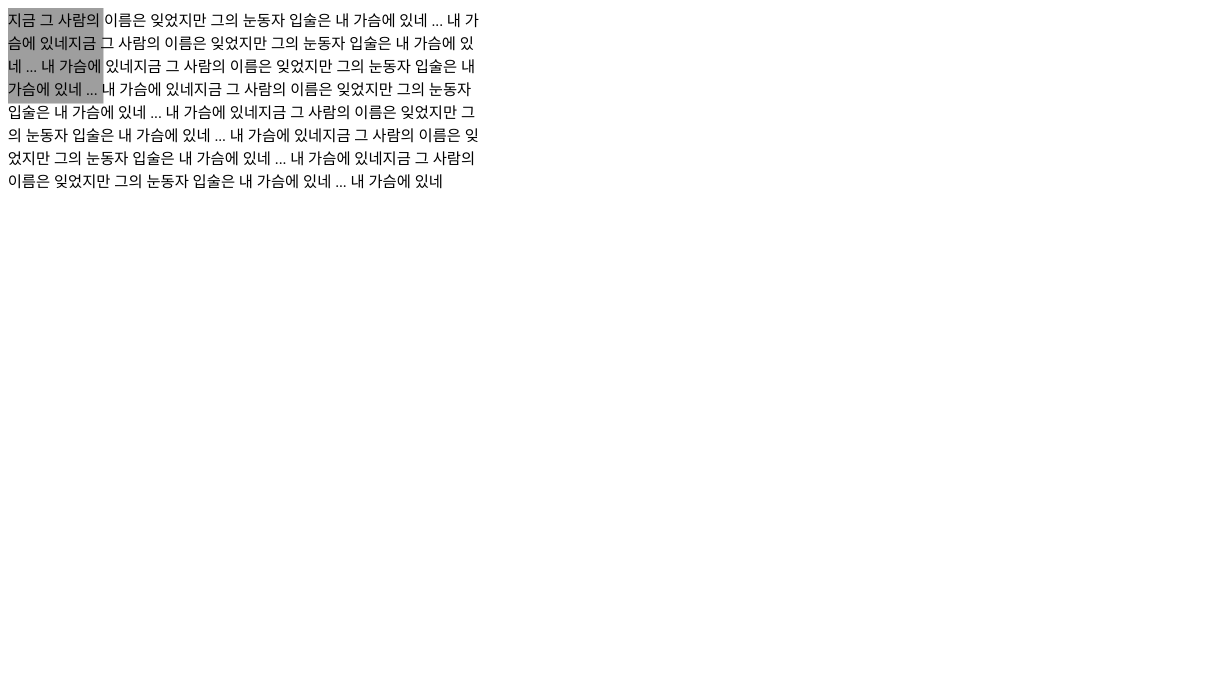
Repository: daehyeonhong/HTML
Page: ch05/WebContent/back-image-size.html
An editor plug-in stored every save of this project. The page is shown before and after the next save, followed by the edit.
The browser window is 1280 px wide. The pictures show the whole page, at 96% of full size.
Pictures or frames that could not be fetched are drawn as grey boxes.

Above is the page before, as saved 2020-05-19 07:53:00.

After the next save:
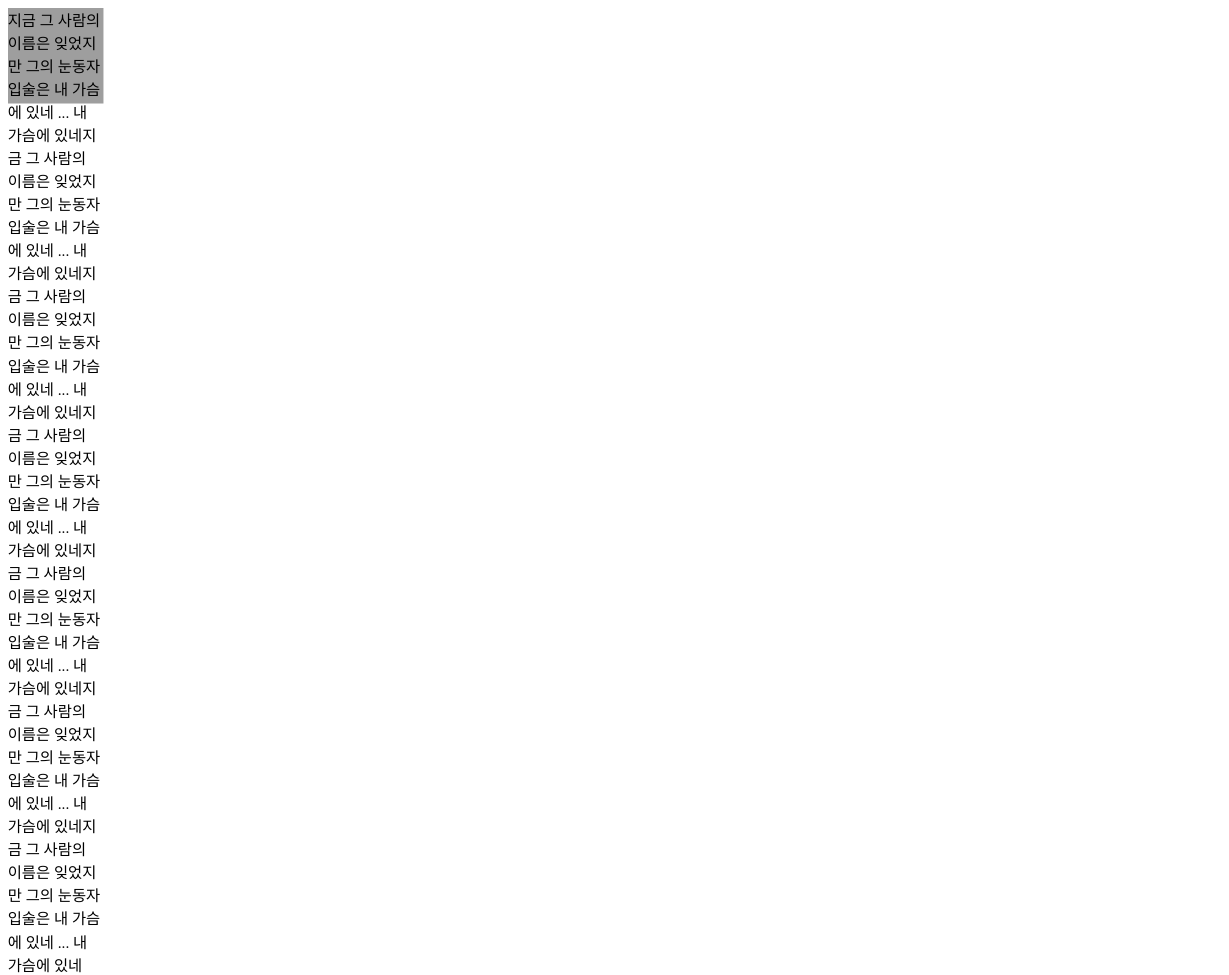
Saved 16 s later.
--- a/ch05/WebContent/back-image-size.html
+++ b/ch05/WebContent/back-image-size.html
@@ -5,7 +5,7 @@
 <title>Insert title here</title>
 <style type="text/css">
 div {
-	width: 500px;
+	width: 100px;
 	height: 100px;
 	background-image: url(./images/back.jpg);
 	background-repeat: no-repeat;
